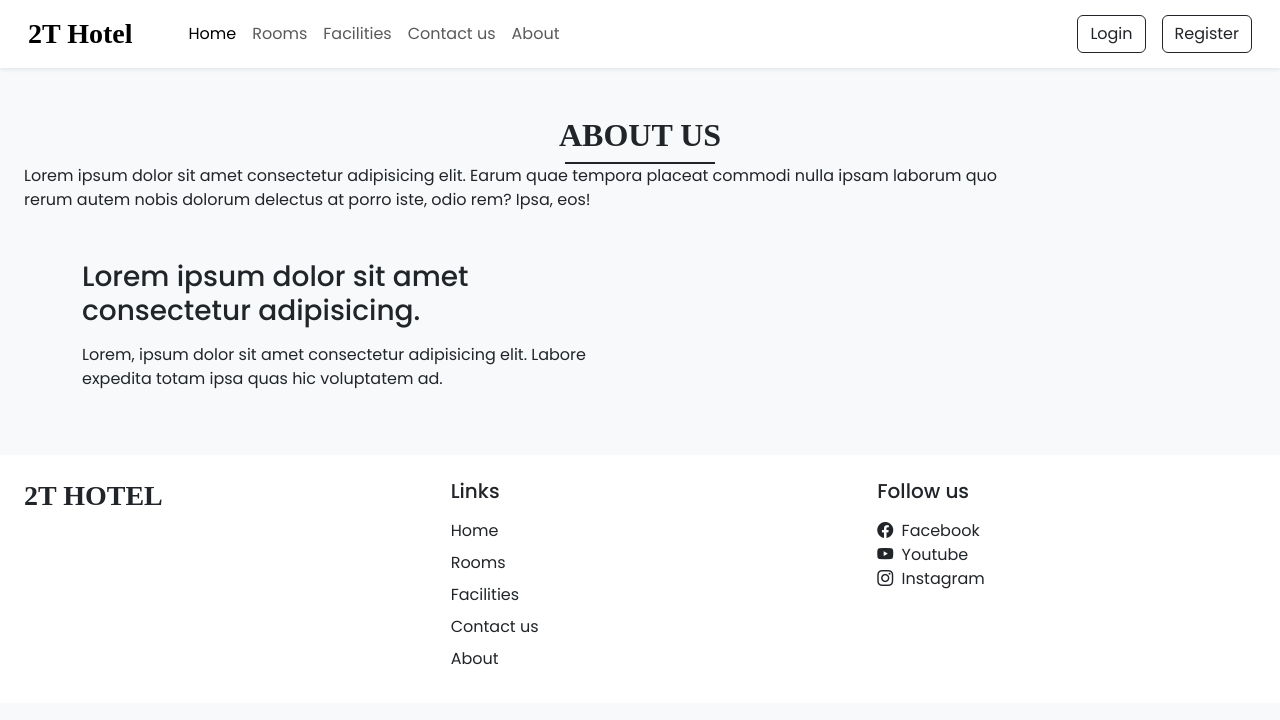
Repository: ntruong0906/desktop-tutorial
Page: http://localhost/about.php
An editor plug-in stored every save of this project. The page is shown before and after the next save, followed by the edit.
The browser window is 1280 px wide. The pictures show the whole page.
Some web fonts or font styles are not loaded; a fallback is used. The page is run by PHP 8.4 with error messages shown; the project is at /var/www/html/.

Above is the page before, as saved 2024-03-19 00:09:32.

### WebsiteBookingHotel/about.php
<!DOCTYPE html>
<html lang="en">

<head>
    <meta charset="UTF-8">
    <meta http-equiv="X-UA-Compatible" content="IE-edge">
    <meta name="viewport" content="width=device-width, initial-scale=1.0">
    <title>2T Hotel - ABOUT</title>
    <?php require('inc/links.php'); ?>
    <style>
    .pop:hover {
        border-top-color: var(--teal) !important;
        transform: scale(1.03);
        transition: all 0.3s;
    }
    </style>
    <link rel="stylesheet" href="https://cdn.jsdelivr.net/npm/swiper@11/swiper-bundle.min.css" />
    <style>
    @media screen and (max-width: 575px) {
        .availability-form {
            margin: 25px;
            padding: 0 35px;
        }
    }
    </style>
</head>

<body class="bg-light">
    <?php require('inc/header.php'); ?>

    <div class="my-5 px-4">
        <h2 class="fw-bold h-font text-center">ABOUT US</h2>
        <div class="h-line bg-dark"></div>
        <p>Lorem ipsum dolor sit amet consectetur adipisicing elit. Earum quae tempora placeat commodi nulla ipsam
            laborum quo <br> rerum autem nobis dolorum delectus at porro iste, odio rem? Ipsa, eos!</p>
    </div>
    <div class="container">
        <div class="row">
            <div class="col-lg-6">
                <h3 class="mb-3">Lorem ipsum dolor sit amet consectetur adipisicing.</h3>
                <p>Lorem, ipsum dolor sit amet consectetur adipisicing elit. Labore expedita totam ipsa quas hic
                    voluptatem ad.</p>
            </div>
        </div>
    </div>

    <!-- footer -->
    <?php require('inc/footer.php'); ?>




    <!-- <script src="https://cdn.jsdelivr.net/npm/swiper@11/swiper-bundle.min.js"></script>
    <script src="https://cdn.jsdelivr.net/npm/bootstrap@5.3.3/dist/js/bootstrap.bundle.min.js"
        integrity="sha384-YvpcrYf0tY3lHB60NNkmXc5s9fDVZLESaAA55NDzOxhy9GkcIdslK1eN7N6jIeHz" crossorigin="anonymous">
    </script> -->
    <!-- <script>
    var swiper = new Swiper(".swiper-container", {
        spaceBetween: 30,
        effect: "fade",
        loop: true,
        autoplay: {
            delay: 3500,
            disableOnInteraction: false,
        }
    });
    var swiper = new Swiper(".swiper-testimonials", {
        effect: "coverflow",
        grabCursor: true,
        centeredSlides: true,
        slidesPerView: "auto",
        slidesPerView: "3",
        loop: true,
        coverflowEffect: {
            rotate: 50,
            stretch: 0,
            depth: 100,
            modifier: 1,
            slideShadows: false,
        },
        pagination: {
            el: ".swiper-pagination",
        },
        breakpoints: {
            320: {
                slidesPerView: 1,
            },
            640: {
                slidesPerView: 1,
            },
            768: {
                slidesPerView: 2,
            },
            1024: {
                slidesPerView: 3,
            },
        }
    });
    </script> -->
</body>

</html>

### WebsiteBookingHotel/inc/links.php
<link href="https://cdn.jsdelivr.net/npm/bootstrap@5.3.3/dist/css/bootstrap.min.css" rel="stylesheet"
    integrity="sha384-QWTKZyjpPEjISv5WaRU9OFeRpok6YctnYmDr5pNlyT2bRjXh0JMhjY6hW+ALEwIH" crossorigin="anonymous">
<link href="https://fonts.googleapis.com/css2?family=Merienda:wght@400;700&family=Poppins:wght@400;500;600&display=swap"
    rel="stylesheet">
<link rel="stylesheet" href="https://cdn.jsdelivr.net/npm/bootstrap-icons@1.11.3/font/bootstrap-icons.min.css">
<link rel="stylesheet" href="css/common.css">

### WebsiteBookingHotel/inc/header.php
<nav class="navbar navbar-expand-lg navbar-light bg-white px-lg-3 py-lg-2 shadow-sm sticky-top">
    <div class="container-fluid">
        <a class="navbar-brand me-5 fw-bold fs-3 h-font" href="index.php">2T Hotel</a>
        <button class="navbar-toggler shadow-none" type="button" data-bs-toggle="collapse"
            data-bs-target="#navbarSupportedContent" aria-controls="navbarSupportedContent" aria-expanded="false"
            aria-label="Toggle navigation">
            <span class="navbar-toggler-icon"></span>
        </button>
        <div class="collapse navbar-collapse" id="navbarSupportedContent">
            <ul class="navbar-nav me-auto mb-2 mb-lg-0">
                <li class="nav-item">
                    <a class="nav-link active" aria-current="page" href="index.php">Home</a>
                </li>
                <li class="nav-item">
                    <a class="nav-link" href="#">Rooms</a>
                </li>
                <li class="nav-item">
                    <a class="nav-link" href="facilities.php">Facilities</a>
                </li>
                <li class="nav-item">
                    <a class="nav-link" href="#">Contact us</a>
                </li>
                <li class="nav-item">
                    <a class="nav-link" href="about.php">About</a>
                </li>
            </ul>
            <div class="d-flex">
                <button type="button" class="btn btn-outline-dark shadow-none me-lg-3 me-2" data-bs-toggle="modal"
                    data-bs-target="#loginModal">
                    Login
                </button>
                <button type="button" class="btn btn-outline-dark shadow-none " data-bs-toggle="modal"
                    data-bs-target="#registerModal">
                    Register
                </button>
            </div>
        </div>
    </div>
</nav>

<!-- login -->
<div class="modal fade" id="loginModal" data-bs-backdrop="static" data-bs-keyboard="false" tabindex="-1"
    aria-labelledby="staticBackdropLabel" aria-hidden="true">
    <div class="modal-dialog">
        <div class="modal-content">
            <form>
                <div class="modal-header">
                    <h5 class="modal-title d-flex align-item-center">
                        <i class="bi bi-person-circle fs-5 me-2"></i> User login
                    </h5>
                    <button type="reset" class="btn-close shadow-none" data-bs-dismiss="modal"
                        aria-label="Close"></button>
                </div>
                <div class="modal-body">
                    <div class="mb-3">
                        <label class="form-label">Email address</label>
                        <input type="email" class="form-control shadow-none">
                    </div>
                    <div class="mb-4">
                        <label class="form-label">Password</label>
                        <input type="password" class="form-control shadow-none">
                    </div>
                    <div class="d-flex align-items-center justify-content-between mb-2">
                        <button type="submit" class="btn btn-dark shadow-none">LOGIN</button>
                        <a href="javascript: void(0)" class="text-secondary text-decoration-none">Forgot
                            Password?</a>
                    </div>
                </div>
            </form>
        </div>
    </div>
</div>

<!-- Register -->
<div class="modal fade" id="registerModal" data-bs-backdrop="static" data-bs-keyboard="false" tabindex="-1"
    aria-labelledby="staticBackdropLabel" aria-hidden="true">
    <div class="modal-dialog modal-lg">
        <div class="modal-content">
            <form>
                <div class="modal-header">
                    <h5 class="modal-title d-flex align-item-center">
                        <i class="bi bi-person-lines-fill fs-5 me-2"></i>
                        User Registration
                    </h5>
                    <button type="reset" class="btn-close shadow-none" data-bs-dismiss="modal"
                        aria-label="Close"></button>
                </div>
                <div class="modal-body">
                    <span class="badge rounded-pill bg-light text-dark mb-3 text-wrap lh-base">
                        Note: Your details must match with your ID (Aadhar card, passport, driving license, etc.)
                        that will be required dring check-in.
                    </span>
                    <div class="container-fluid">
                        <div class="row">
                            <!-- Name -->
                            <div class="col-md-6 ps-0 mb-3">
                                <label class="form-label">Name</label>
                                <input type="text" class="form-control shadow-none">
                            </div>
                            <!-- Email -->
                            <div class="col-md-6 p-0 mb-3">
                                <label class="form-label">Email</label>
                                <input type="email" class="form-control shadow-none">
                            </div>
                            <!-- Phone Number -->
                            <div class="col-md-6 ps-0 mb-3">
                                <label class="form-label">Phone Number</label>
                                <input type="number" class="form-control shadow-none">
                            </div>
                            <!-- Picture -->
                            <div class="col-md-6 p-0 mb-3">
                                <label class="form-label">Picture</label>
                                <input type="file" class="form-control shadow-none">
                            </div>
                            <!-- Address -->
                            <div class="col-md-12 p-0 mb-3">
                                <label class="form-label">Address</label>
                                <textarea class="form-control shadow-none" rows="1"></textarea>
                            </div>
                            <!-- Pincode -->
                            <div class="col-md-6 ps-0 mb-3">
                                <label class="form-label">Pincode</label>
                                <input type="number" class="form-control shadow-none">
                            </div>
                            <!-- Date of birth -->
                            <div class="col-md-6 p-0 mb-3">
                                <label class="form-label">Date of birth</label>
                                <input type="date" class="form-control shadow-none">
                            </div>
                            <!-- Password -->
                            <div class="col-md-6 ps-0 mb-3">
                                <label class="form-label">Password</label>
                                <input type="password" class="form-control shadow-none">
                            </div>
                            <!-- Comfirm Password -->
                            <div class="col-md-6 p-0 mb-3">
                                <label class="form-label">Comfirm Password</label>
                                <input type="password" class="form-control shadow-none">
                            </div>
                        </div>
                    </div>
                    <div class="text-center my-1">
                        <button type="submit" class="btn btn-dark shadow-none">REGISTER</button>
                    </div>
                </div>
            </form>
        </div>
    </div>
</div>

### WebsiteBookingHotel/inc/footer.php
<div class="container-fluid bg-white mt-5">
    <div class="row">
        <div class="col-lg-4 p-4">
            <h3 class="h-font fw-bold fs-3">2T HOTEL</h3>
            <p>

            </p>
        </div>
        <div class="col-lg-4 p-4">
            <h5 class="mb-3">Links</h5>
            <a href="#" class="d-inline-block mb-2 text-dark text-decoration-none">Home</a><br>
            <a href="#" class="d-inline-block mb-2 text-dark text-decoration-none">Rooms</a><br>
            <a href="#" class="d-inline-block mb-2 text-dark text-decoration-none">Facilities</a><br>
            <a href="#" class="d-inline-block mb-2 text-dark text-decoration-none">Contact us</a><br>
            <a href="#" class="d-inline-block mb-2 text-dark text-decoration-none">About</a>
        </div>
        <div class="col-lg-4 p-4">
            <h5 class="mb-3">Follow us</h5>
            <a href="#" class="d-inline-block text-dark text-decoration-none md-2">
                <i class="bi bi-facebook me-1"></i> Facebook
            </a><br>
            <a href="#" class="d-inline-block text-dark text-decoration-none md-2">
                <i class="bi bi-youtube me-1"></i> Youtube
            </a><br>
            <a href="#" class="d-inline-block text-dark text-decoration-none ">
                <i class="bi bi-instagram me-1"></i> Instagram
            </a><br>
        </div>
    </div>
</div>

### WebsiteBookingHotel/css/common.css
:root{
    --teal: #2ec1ac;
    --teal_hover: #279e8c;
}

* {
    font-family: 'Poppins', sans-serif;
}

.h-font {
    font-family: 'Merienda', cursive;
}

input::-webkit-outer-spin-button,
input::-webkit-inner-spin-button {
    -webkit-appearance: none;
    margin: 0;
}

/* input[type=number] {
    -moz-appearance: textfield;
} */

.custom-bg {
    background-color: var(--teal);
    border: 1px solid var(--teal);
}

.custom-bg:hover {
    background-color: var(--teal_hover);
    border-color: var(--teal_hover);
}

.availability-form {
    margin-top: -50px;
    z-index: 2;
    position: relative;
}
.h-line{
    width: 150px ;
    margin: 0 auto;
    height: 1.7px;
}

After the next save:
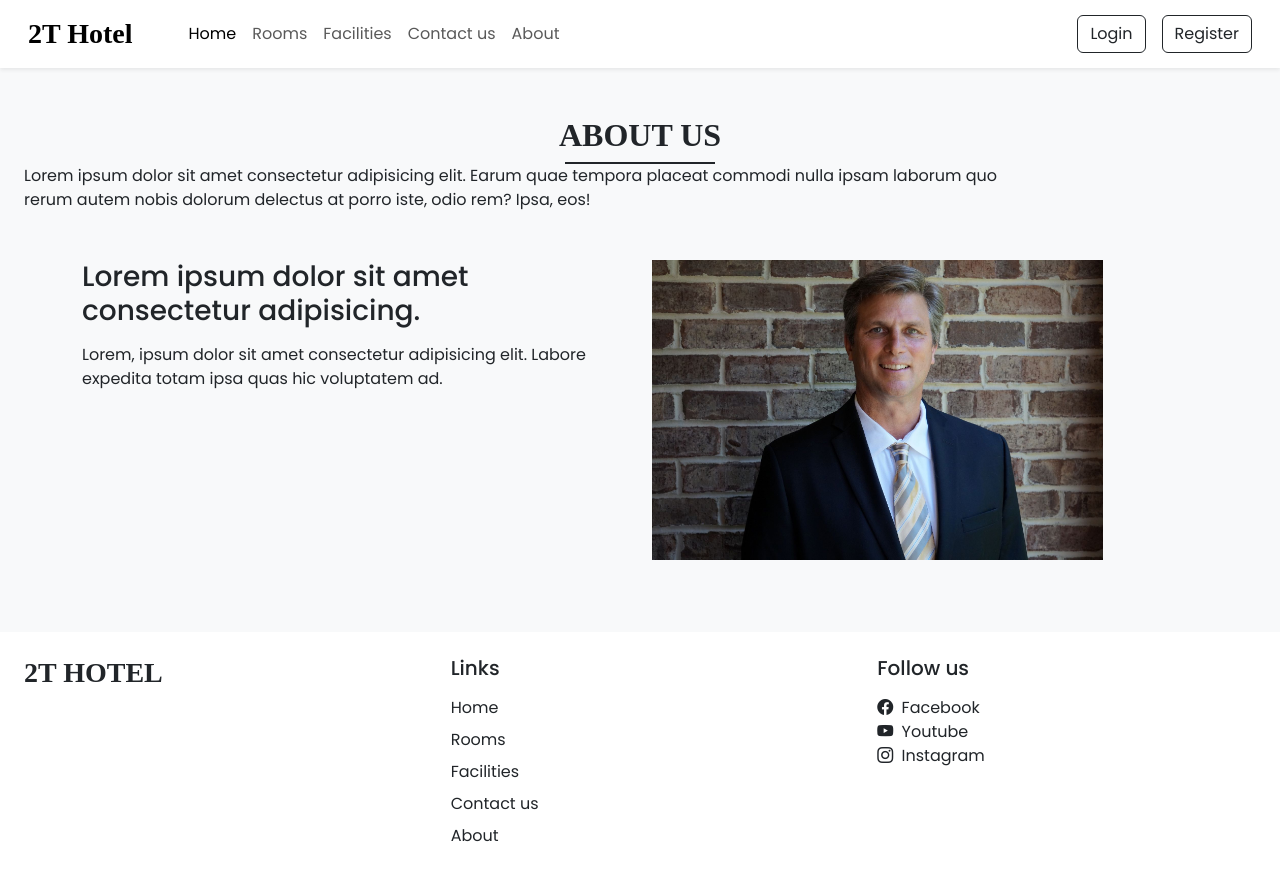
Saved 2 min 47 s later.
--- a/WebsiteBookingHotel/about.php
+++ b/WebsiteBookingHotel/about.php
@@ -36,10 +36,13 @@
     </div>
     <div class="container">
         <div class="row">
-            <div class="col-lg-6">
+            <div class="col-lg-6 col-md-5 mb-4">
                 <h3 class="mb-3">Lorem ipsum dolor sit amet consectetur adipisicing.</h3>
                 <p>Lorem, ipsum dolor sit amet consectetur adipisicing elit. Labore expedita totam ipsa quas hic
                     voluptatem ad.</p>
+            </div>
+            <div class="col-lg-5 col-md-5 mb-4">
+                <img src="images/about/about.jpg" class="w-100">
             </div>
         </div>
     </div>
